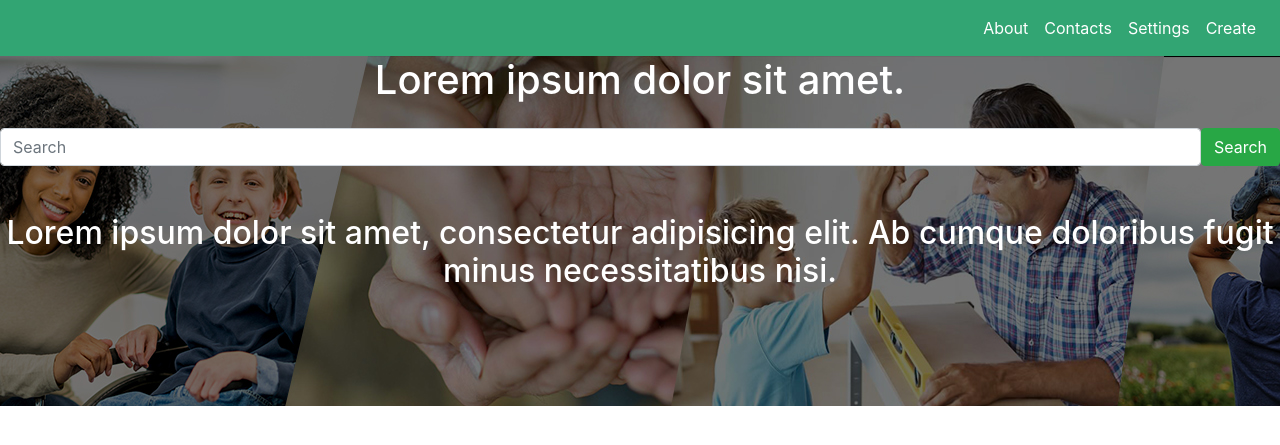
Repository: abduvali-aminov/fond
Page: http://localhost/main
An editor plug-in stored every save of this project. The page is shown before and after a run of saves, followed by the edit.
The browser window is 1280 px wide. The pictures show the whole page.
The page is served by the project's Laravel application, run on PHP 8.4 with Laravel 8.

Above is the page before, as saved 2021-01-18 12:36:07.

After the next 3 saves:
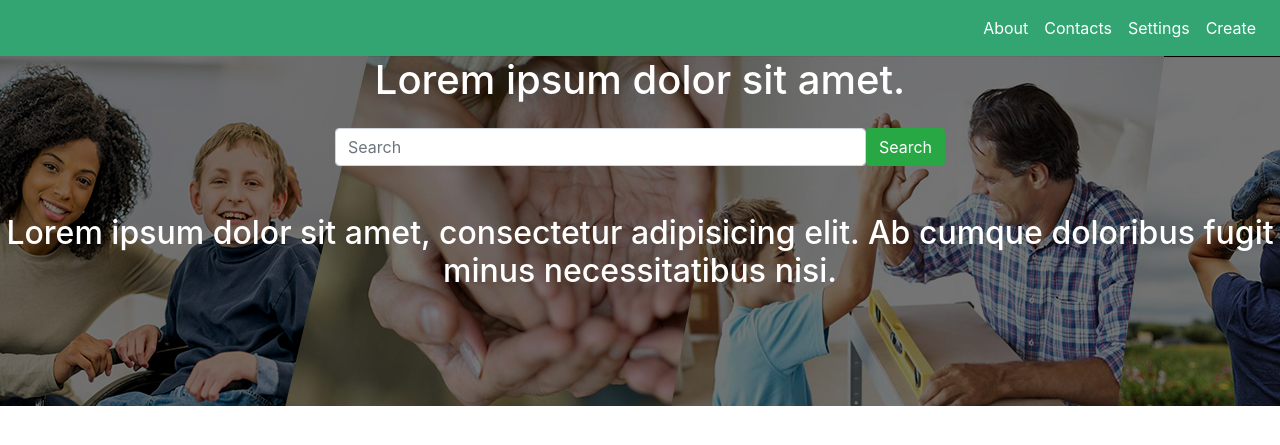
The 3 saves are shown as one change because they came seconds apart.
The last was saved 44 s later.
--- a/resources/views/main/index.blade.php
+++ b/resources/views/main/index.blade.php
@@ -4,7 +4,7 @@
     <div  style="height: 350px;background-image:url('{{ asset('images/photo_3.jpg') }}');position:relative">
         <center>
             <h1 class="text-white">Lorem ipsum dolor sit amet.</h1>
-                <form class="d-flex mt-4">
+                <form class="d-flex col-6 mt-4">
                     <input class="form-control" type="search" placeholder="Search" aria-label="Search">
                     <button class="btn btn-success" type="submit">Search</button>
                 </form>
